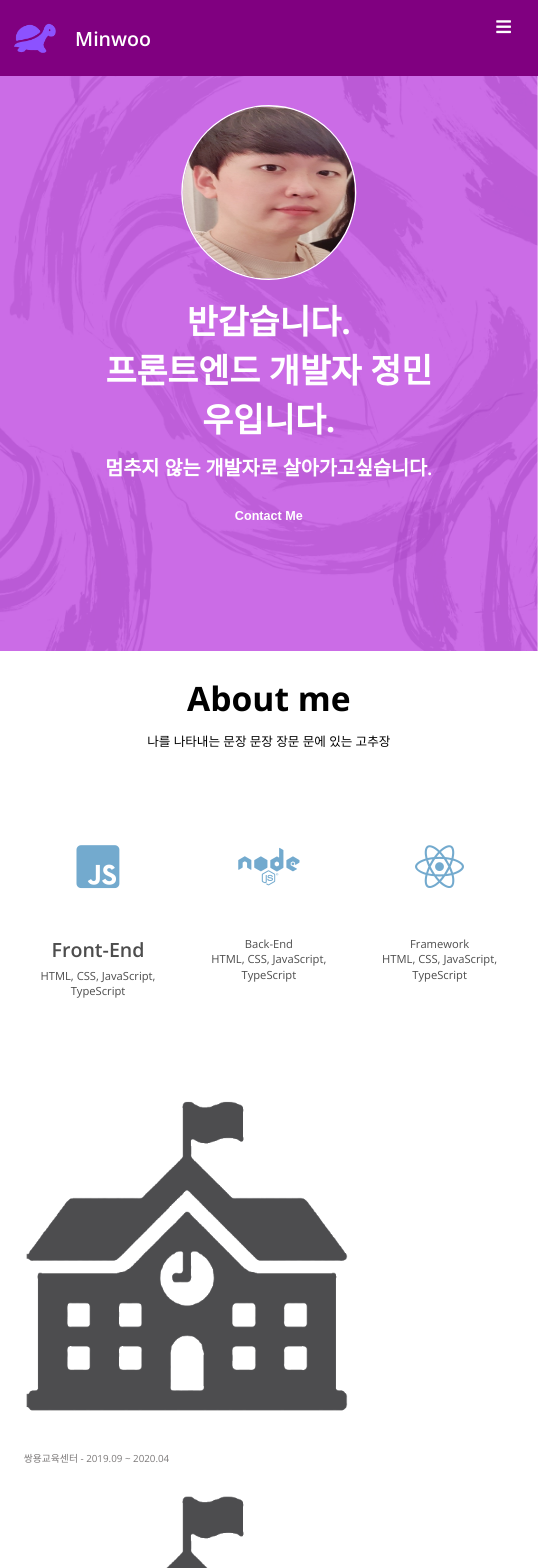
Repository: DevMinwoo-Jung/MinwooPortfolio
Page: index.html
An editor plug-in stored every save of this project. The page is shown before and after the next save, followed by the edit.
The browser window is 768 px wide. The pictures show the part of the page from y = 0 to 2240 px (the page is 6437 px tall before and 5923 px after), at 70% of full size.

Above is the page before, as saved 2021-06-07 08:09:48.

After the next save:
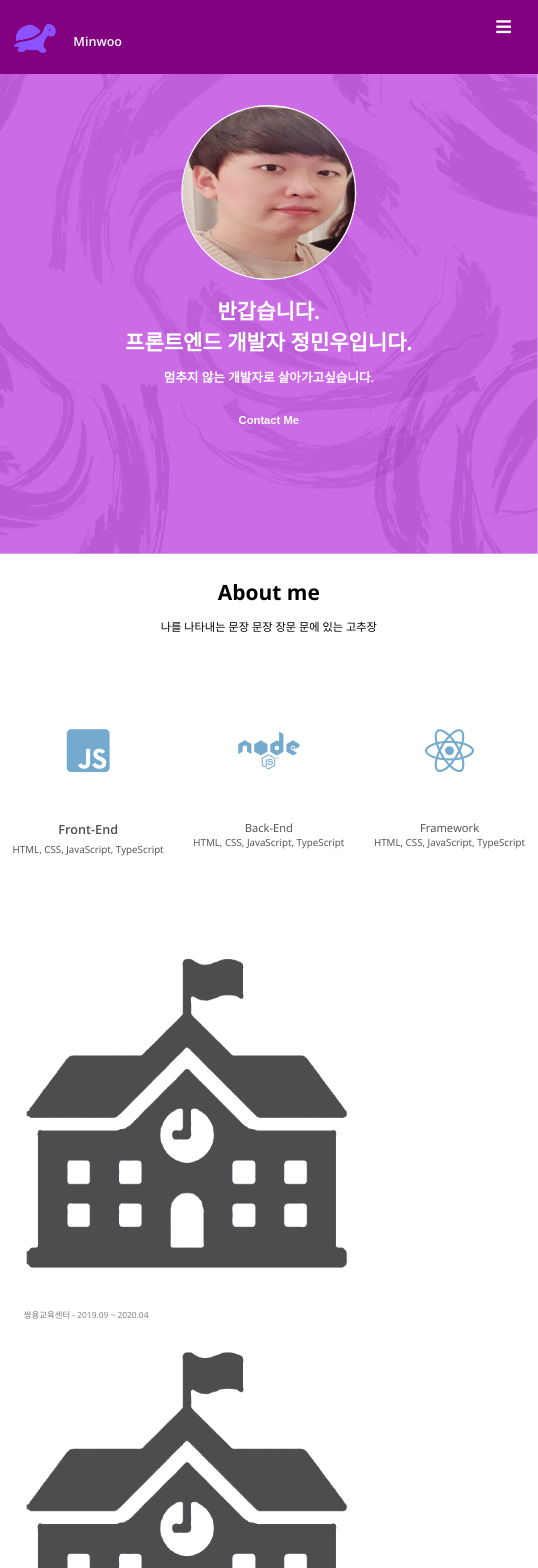
Saved 2 min 33 s later.
--- a/style.css
+++ b/style.css
@@ -527,6 +527,15 @@ button {
 }
 
 @media screen and (max-width: 768px) {
+  :root {
+    /* Font size */
+    --font-large: 30px;
+    --font-medium: 18px;
+    --font-regular: 16px;
+    --font-small: 14px;
+    --font-micro: 12px;
+  }
+
   .navbar__toggle-btn {
     display: block;
   }
